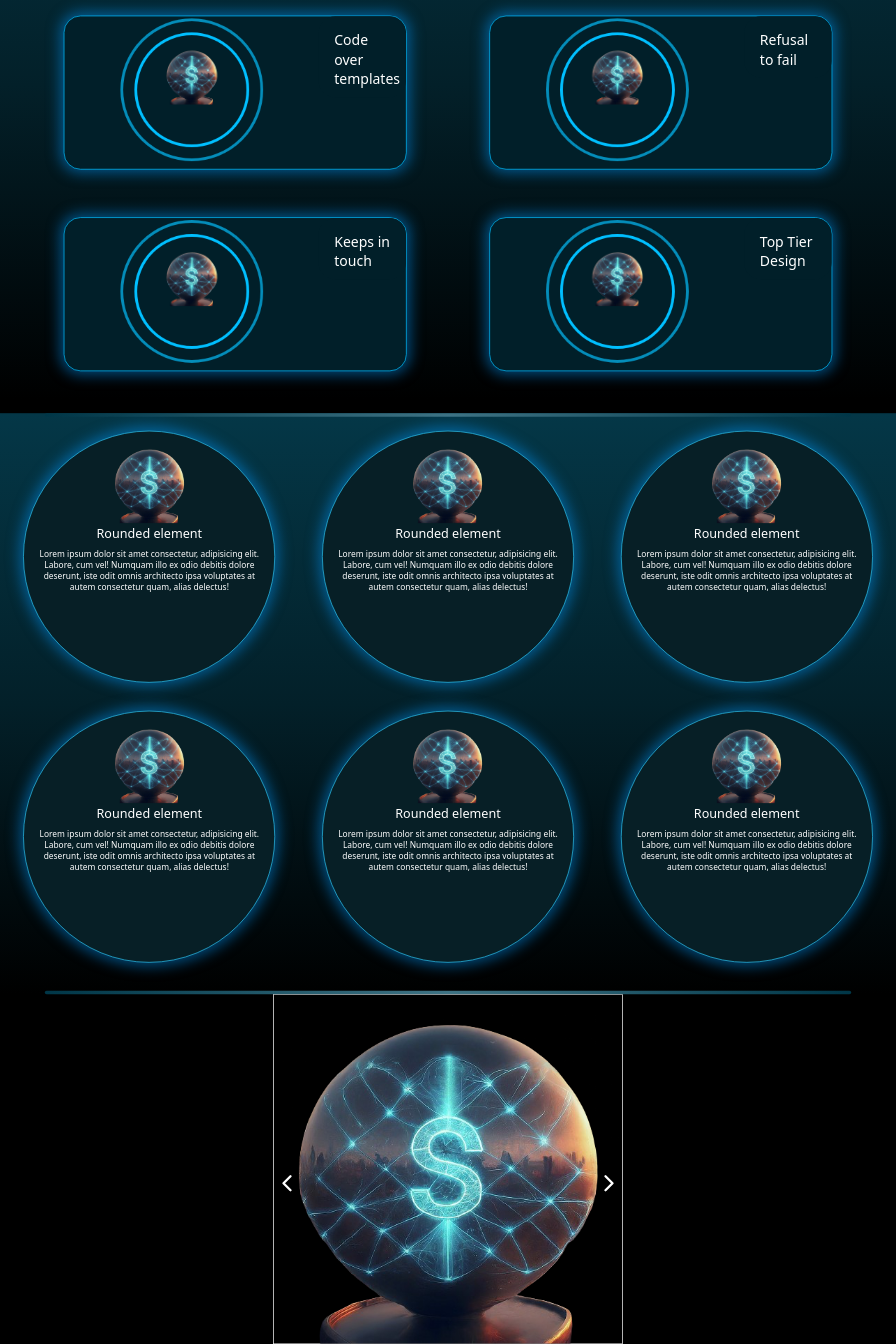
Repository: TMuse333/q3-desings2
Page: /
An editor plug-in stored every save of this project. The page is shown before and after the next save, followed by the edit.
The browser window is 1280 px wide. The pictures show the part of the page from y = 1046 to 2966 px (the page is 2966 px tall), at 70% of full size.
The project was rebuilt for these pictures with package versions that can differ from the ones it lists, and the page was loaded fresh each time. Also part of the build but not shown: vite.config.ts.

Above is the page before, as saved 2024-05-11 14:13:47.

### src/main.tsx
import React from 'react'
import ReactDOM from 'react-dom/client'
import App from './App.js'
import './index.css'
import {ContextProvider} from './context/context'

ReactDOM.createRoot(document.getElementById('root')!).render(
  <ContextProvider>
  <React.StrictMode>
    <App />
  </React.StrictMode>
  </ContextProvider>,
)

### src/App.tsx


import './App.css'

import Homepage from './components/homepage/homepage'

function App() {


  return (
    <>
<Homepage/>
    </>
  )
}

export default App

### src/index.css
@tailwind base;
@tailwind components;
@tailwind utilities;

#root{
    background-color: black;
    height:100vh;
}

body{
    background-color: black;
}

button{
    padding:0.5rem 2rem;
    background-color: black;
    color:white;
    border-radius: 1rem;
}

h1{
    color:white;
    font-size: 2rem;
}

p{
    color:white;
    /* font-size: 1.5rem; */
}

button{
    background-color: #00769e;
}

.glow {
    box-shadow: 0 0 20px 5px #3e7384;
    box-shadow: 0 0 20px 5px #003647;
box-shadow: 0 0 20px 5px rgba(2, 148, 245, 0.5);
}

.glow:hover{
    box-shadow: 0 0 40px 5px rgba(2, 148, 245, 0.5);
}

### src/context/context.tsx
import React, { createContext, useState, useContext, ReactNode, useEffect } from 'react';

// Define the type for the context value
interface GeneralContextType {
  textYPosition: number;
  setTextYPosition: React.Dispatch<React.SetStateAction<number>>;
  isMobile: boolean;
  setIsMobile: React.Dispatch<React.SetStateAction<boolean>>;
  setSecondCircleComplete:React.Dispatch<React.SetStateAction<boolean[]>>;
  secondCircleComplete: boolean[];
  isMobile2: boolean;
  setIsMobile2: React.Dispatch<React.SetStateAction<boolean>>;
  handleCircleComplete: (index: number, value: boolean) => void;
}

// Create the context
export const GeneralContext = createContext<GeneralContextType | undefined>(undefined);

// Create a provider component
export const ContextProvider: React.FC<{ children: ReactNode }> = ({ children }) => {
  // Initialize the value state
  const [textYPosition, setTextYPosition] = useState<number>(0);

  // Detect mobile devices
  const [isMobile, setIsMobile] = useState<boolean>(window.innerWidth <= 655);

  const [isMobile2, setIsMobile2] = useState<boolean>(window.innerWidth <= 655);

  const [secondCircleComplete, setSecondCircleComplete] = useState<boolean[]>(
    Array.from({ length: 7 }, () => false)
  );

  const handleCircleComplete = (index: number, value: boolean) => {
    setSecondCircleComplete((prev) => {
      const newState = [...prev]; // Create a copy of the previous state array
      newState[index] = value; // Update the value at the specified index
      return newState; // Return the new state array
    });
  };



  useEffect(() => {
    const handleScroll = () => {
      setIsMobile(window.innerWidth <= 655);
    };
    window.addEventListener('scroll', handleScroll);
    handleScroll();

    return () => {
      window.removeEventListener('scroll', handleScroll);
    };
  }, []);

  useEffect(() => {
    const handleScroll = () => {
      setIsMobile2(window.innerWidth <= 400);
    };
    window.addEventListener('scroll', handleScroll);
    handleScroll();

    return () => {
      window.removeEventListener('scroll', handleScroll);
    };
  }, []);

  useEffect(() => {
    console.log('is mobile', isMobile);
  }, [isMobile]);

  const contextValue = {
    textYPosition,
    setTextYPosition,
    isMobile,
    setIsMobile,
    secondCircleComplete,
    setSecondCircleComplete,
    isMobile2,
    setIsMobile2,
    handleCircleComplete
  };

  return <GeneralContext.Provider value={contextValue}>{children}</GeneralContext.Provider>;
};

export const useGeneralContext = (): GeneralContextType => {
  const context = useContext(GeneralContext);
  if (!context) {
    throw new Error('useGeneralContext must be used within a ContextProvider');
  }
  return context;
};

### src/App.css
#root {
  max-width: 1280px;
  margin: 0 auto;
  padding: 2rem;
  text-align: center;
}

.logo {
  height: 6em;
  padding: 1.5em;
  will-change: filter;
  transition: filter 300ms;
}
.logo:hover {
  filter: drop-shadow(0 0 2em #646cffaa);
}
.logo.react:hover {
  filter: drop-shadow(0 0 2em #61dafbaa);
}

.h1{
  color:red;
}

@keyframes logo-spin {
  from {
    transform: rotate(0deg);
  }
  to {
    transform: rotate(360deg);
  }
}

@media (prefers-reduced-motion: no-preference) {
  a:nth-of-type(2) .logo {
    animation: logo-spin infinite 20s linear;
  }
}

.card {
  padding: 2em;
}

.read-the-docs {
  color: #888;
}

### src/components/homepage/homepage.tsx
import React from "react";
import { CircleInfoGraphic } from "../circleInfographic/circleInfoGraphic";
import Content from "../content/content";
import q3 from '../../media/q3-visuals-logo-2.png'
import TextFormat from "../textFormat/textFormat";

// import { TextParallaxContentExample } from "../parallaxText/parallaxText";
import MultiLayerParallax from "../mountainParallax/mountainParallax";
import ParticlesComponent from "../particles/particles";
import nobgLaptop from '../../media/Gemini_Generated_Image_r055a1r055a1r055-removebg-preview.png'
import moneyBall from '../../media/futuristic-money-ball-removebg-preview.png'
import { description1 } from "../../data/data";
import AlternatingText from "../alternatingText/alternatingText";

import CircleList from "../circleListElement/circleList";
import Carousel from "../carousel/carousel";


const Homepage: React.FC = () => {

    const images = [
        moneyBall,
        nobgLaptop,
        q3
    ]


    // useEffect(() => {
    //     const loadTime = window.performance.timing.loadEventEnd - window.performance.timing.navigationStart;
    //     console.log('Page load time:', loadTime, 'milliseconds');
    // }, []);



    return (
        <section className="absolute top-0 left-0 w-screen">


            {/* <ParticlesComponent/> */}
            <MultiLayerParallax/>

            {/* <TextParallaxContentExample/> */}

            {/* <Content
            mainTitle='Your digital presence is important'
            image={nobgLaptop}
            customText={null}
            reverse={true}
            description={description1}
            floatingImage={true}
            hasAnimation={true}
            />

            <AlternatingText/>

            <Content
            mainTitle='Benefits of a website'
            image={moneyBall}
            customText={<TextFormat
            isAnimated={true}
            reverse={false}/>}
            reverse={false}
            description={null}
            floatingImage={true}
            hasAnimation={true}

            /> */}



<div className="relative bg-gradient-to-b from-[#043747] via-[#032029] to-transparent w-screen">
<CircleList/>
</div>

<div className="relative bg-gradient-to-b from-[#043747] via-[#032029] to-transparent w-screen">

<CircleInfoGraphic/>
</div>


<Carousel images={images}

/>




        </section>
    )
}


export default Homepage

### src/components/circleInfographic/circleInfoGraphic.tsx
import React, {useState,useRef } from "react";
import ball from '../../media/futuristic-money-ball-removebg-preview.png'
import { motion,Variants} from 'framer-motion'
import useIntersectionObserver from "../intersectionObserver/intersectionObserver";
interface CircleProps {
    image:string
}

const CircleElement: React.FC<CircleProps> = ({image}) => {

    const [inView, setInView] = useState<boolean>(false)

    const options = {
        root: null,
        rootMargin: '-25px',
        threshold: 1,
    };

    // Apply intersection observer hook to detect when the component is in view
    const componentRef = useIntersectionObserver(setInView, options);

    const circleVariants:Variants =  {
        initial:{
            opacity:0,
            y:-60
        },
        animate:{
            opacity:1,
            y:0
        }
    }

    return (
        <motion.section
        ref={componentRef}
        variants={circleVariants}
        initial='initial'
        animate={inView ? 'animate' : 'initial'}
         className={`mt-5 mb-5
        rounded-full bg-[#071f26] hover:bg-[#0e3a47]
        mr-auto ml-auto transition-all
        h-[95vw] w-[95vw] border border-[#2dc0eb]
        flex flex-col  shadow-xl max-w-[360px]
        max-h-[360px]
        sm:w-[48vw] sm:h-[48vw]
        lg:w-[32vw] lg:h-[32vw]
        ${inView ? 'glow' : ''}`}>

            <div className="mt-4">
            <img className="w-[35vw]
            max-w-[115px] max-h-[115px] h-[35vw]
            sm:w-[10vw] sm:h-[10vw] object-cover
            mr-auto ml-auto"
            src={image}
            />
            <h1 className="text-3xl sm:text-lm lg:text-lg ">Rounded element</h1>
            <p className=" ml-auto mr-auto text-sm sm:text-xs pr-5 pl-5 pt-2">Lorem ipsum dolor sit amet consectetur, adipisicing elit. Labore, cum vel! Numquam illo ex odio debitis dolore deserunt, iste odit omnis architecto ipsa voluptates at autem consectetur quam, alias delectus!</p>
            </div>
        </motion.section>
    )
}


export const CircleInfoGraphic = () => {

    return (
        <>
          <div className="mt-5
        w-[90vw] h-[5px]
         bg-gradient-to-r from-[#003647] via-[#3e7384] to-[#003647]
        ml-auto mr-auto rounded-[200rem]
        ">

       </div>
        <section className={`flex
         justify-center flex-col items-center
          sm:grid sm:grid-cols-2 lg:grid-cols-3
           gap-4 lg:gap-0 w-screen max-w-[1500px]  ml-auto mr-auto
          `}>
            <CircleElement
            image={ball}/>
             <CircleElement
            image={ball}/>
                  <CircleElement
            image={ball}/>
             <CircleElement
            image={ball}/>
             <CircleElement
            image={ball}/>
                  <CircleElement
            image={ball}/>
        </section>
        <div className="mt-5
        w-[90vw] h-[5px]
         bg-gradient-to-r from-[#003647] via-[#3e7384] to-[#003647]
        ml-auto mr-auto rounded-[200rem]">

       </div>
       </>
    )
}

### src/components/mountainParallax/mountainParallax.tsx
import  { useRef } from "react";
import bottom from '../../media/bottom-mountain.png'

import full from '../../media/no-bg-mountain.png'
import q3 from '../../media/q3-words.png'
import { motion, useScroll, useTransform } from 'framer-motion'

export default function MultiLayerParallax() {
    const ref = useRef(null);
    const { scrollYProgress } = useScroll({
      target: ref,
      offset: ["start start", "end start"],
    });
    const backgroundY = useTransform(scrollYProgress, [0, 1], ["0%", "100%"]);
    const textY = useTransform(scrollYProgress, [0, 1], ["-20%", "200%"]);

    return (
      <div
        ref={ref}
        className="w-full h-screen overflow-hidden relative grid place-items-center"
      >
       {/* <motion.div className="z-10 relative"
         style={{ y: textY }}> */}
        <motion.img
style={{
    y:textY
}}
        src={q3}
          className="relative z-10 b"
        />
        {/* <motion.h1 className="relative z-10"
        style={{
            y:textY
        }}>
            slatry
        </motion.h1> */}


        <motion.p style={{
             y:textY
        }}
         className="text-white text-2xl relative z-10  mt-[-30rem] sm:-mt-[40rem]">Elevating Brands with discipline and creativity
         </motion.p>
         {/* </motion.div> */}


        <motion.div
          className="absolute inset-0 z-0"
          style={{
            backgroundImage: `url(${full})`,
            backgroundPosition: "bottom",
            backgroundSize: "cover",
            y: backgroundY,
          }}
        />
        <div
          className="absolute inset-0 z-20"
          style={{
            backgroundImage: `url(${bottom})`,
            backgroundPosition: "bottom",
            backgroundSize: "cover",
          }}
        />
      </div>
    );
  }

### src/components/circleListElement/circleList.tsx
import React, {useState} from "react";
import AppearingCircle from "../circleContent/appearingCircle";
import ball from '../../media/futuristic-money-ball-removebg-preview.png'
import {motion, Variants} from 'framer-motion'
import { useGeneralContext } from "../../context/context";
import laptop from '../../media/Gemini_Generated_Image_r055a1r055a1r055-removebg-preview.png'
import useIntersectionObserver from "../intersectionObserver/intersectionObserver";

interface CircleProps {
    image:string,
    title: string,
    description:string

    index:number
secondCircleComplete: boolean,
handleCircleComplete: (index: number, value: boolean) => void;
}

const CircleListElement: React.FC<CircleProps> = ({image,title, description,
    handleCircleComplete,secondCircleComplete,index
}) => {

    const [descriptionClicked, setDescriptionClicked] = useState<boolean>(false)

    function handleDescriptionClick() {
        setDescriptionClicked(!descriptionClicked)
    }





    const { isMobile }  = useGeneralContext()

    const headerVariants: Variants = {
        initial:{
            opacity:0,
            y: isMobile ? -20 : 0,
        },
        animate:{
            opacity:1,
            y:0,
            transition:{
                delay: 0.3
            }
        }

    }




    return (
        <div className=" relative flex glow justify-center  md:h-[220px]
        h-[220px] sm:h-[auto]
        md:flex-row w-[calc(100vw-5px)]  md:w-[40vw] sm2:w-[40vw] items-center sm:items-start mb-10 md:mt-3 bg-[#011f29]
        rounded-3xl max-w-[490px] ml-auto mr-auto border border-q-blue">
<AppearingCircle
secondCircleComplete={secondCircleComplete}
handleCircleComplete={handleCircleComplete}
image={image}
index={index}


/>
<section className="relative text-left pr-0 flex flex-col bg-[#011f29] rounded-3xl
h-auto min-h-0 max-h-full   items-center z-1">
<motion.h1
onClick={handleDescriptionClick}
variants={headerVariants}
initial={'initial'}
animate={secondCircleComplete ? 'animate' : 'initial'}
 className="text-white text-xl w-[80px]  ml-auto mr-auto mt-5
 "
>{title}
 </motion.h1>

<p className={`rounded-lg text-left mt-3 pl-3 pr-3 bg-blue-600 transition-height ease-in duration-300 bg-blue-800 ${descriptionClicked ? ' h-[220px] w-[125px] overflow-scroll pt-5 border-2 border-rose-500' : 'h-0 w-[125px]  overflow-hidden pt-0'}`}>
  {description}
</p>
</section>

        </div>
    )
}



const CircleList: React.FC = () => {

    const {secondCircleComplete, handleCircleComplete}
    = useGeneralContext()

    return (
        <>
        <h1>We get it done</h1>
 <section className="relative
         sm2:grid sm2:grid-cols-2 gap-4 max-w-[1200px] ml-auto
         mr-auto justify-center items-center
">
            {/* <div className="-translate-x-5"> */}
            <CircleListElement
            handleCircleComplete={handleCircleComplete}
            secondCircleComplete={secondCircleComplete[0]}
        index={0}
            image={ball}
            title='Absolute Tenacity'
            description='Be a man of your word'
            />
            {/* </div> */}
            <CircleListElement
            secondCircleComplete={secondCircleComplete[1]}
            handleCircleComplete={handleCircleComplete}
            index={1}
            image={laptop}

            title='Extreme Discipline'
            description='Gym. Code. Quantum Realm. Repeat'
            />

            <CircleListElement
            secondCircleComplete={secondCircleComplete[2]}
            handleCircleComplete={handleCircleComplete}
            index={2}
            image={ball}
            title='Code over templates'
            description='We are not template using pussies we write banging code'
            />

            <CircleListElement
            secondCircleComplete={secondCircleComplete[3]}
            handleCircleComplete={handleCircleComplete}
            index={3}
            image={ball}
            title='Refusal to fail'
            description='Gym. Code. Quantum Realm. Repeat'
            />

<CircleListElement
secondCircleComplete={secondCircleComplete[4]}
handleCircleComplete={handleCircleComplete}
index={4}
            image={ball}
            title='Keeps in touch'
            description='We are not template using pussies we write banging code'
            />

            <CircleListElement
            secondCircleComplete={secondCircleComplete[5]}
            handleCircleComplete={handleCircleComplete}
            index={5}
            image={ball}
            title='Top Tier Design'
            description='Gym. Code. Quantum Realm. Repeat'
            />



        </section>
        </>
    )
}

export default CircleList

### src/components/carousel/carousel.tsx
import React, {useState} from 'react'
import { ChevronLeft, ChevronRight } from "react-feather";

interface CarouselProps {
    images:string[]
}


const Carousel:React.FC<CarouselProps> = ({images}) =>{

    const [imageIndex, setImageIndex] = useState<number>(0)

    const handleNext = () => {
        setImageIndex((prevIndex) => (prevIndex + 1) % images.length);
      };

      const handlePrev = () => {
        setImageIndex((prevIndex) => (prevIndex - 1 + images.length) % images.length);
      };

    return (
        <>

        <div className='w-screen  z-3
flex
justify-center items-center'>


        <section className='overflow-hidden relative w-[500px]   '>

            <div className='flex   relative '
             >
                {images.map((image,index) => (
                    <img src={image}
                    key={index}
                    className='transition-transform
                    h-[500px]
                    border border-white
                    '
                    style={{
                        transform:`translateX(-${imageIndex * 100}%)`
                    }}

                    />
                ))}
                    <div className=' w-[100%]
                    flex flex-row justify-between
                    top-[50%]'>



                <button className='bg-transparent absolute
                left-[0%] top-[50%] p-0'>
                    <ChevronLeft
                    onClick={handlePrev}
                    size={40}/>
                </button>

                <button className='bg-transparent absolute
                right-[0%] top-[50%] p-0'>
                 <ChevronRight
                 onClick={handleNext}
                 size={40}/>
                </button>
            </div>
            </div>
        </section>
        </div>
            </>

    )
}

export default Carousel

### src/components/intersectionObserver/intersectionObserver.tsx
import { useEffect, useRef, Dispatch, SetStateAction } from "react";

interface IntersectionObserverOptions {
  root: Element | null;
  rootMargin?: string;
  threshold?: number | number[];
}

const useIntersectionObserver = (
  setInView: Dispatch<SetStateAction<boolean>>,
  options: IntersectionObserverOptions
) => {
  const componentRef = useRef<HTMLDivElement>(null);

  useEffect(() => {
    const observer = new IntersectionObserver(([entry]) => {
      // Update the state based on whether the component is in view
      if (entry.isIntersecting) {
        setInView(true);
        observer.disconnect();
      }
    }, options);

    if (componentRef.current) {
      observer.observe(componentRef.current);
    }

    return () => {
      if (componentRef.current) {
        observer.unobserve(componentRef.current);
      }
    };
  }, [setInView, options]);

  return componentRef;
};

export default useIntersectionObserver;

Loaded but not shown: index.html (common file); tailwind.config.js (21 lines, source omitted); src/components/circleContent/appearingCircle.tsx (297 lines, source omitted)

After the next save:
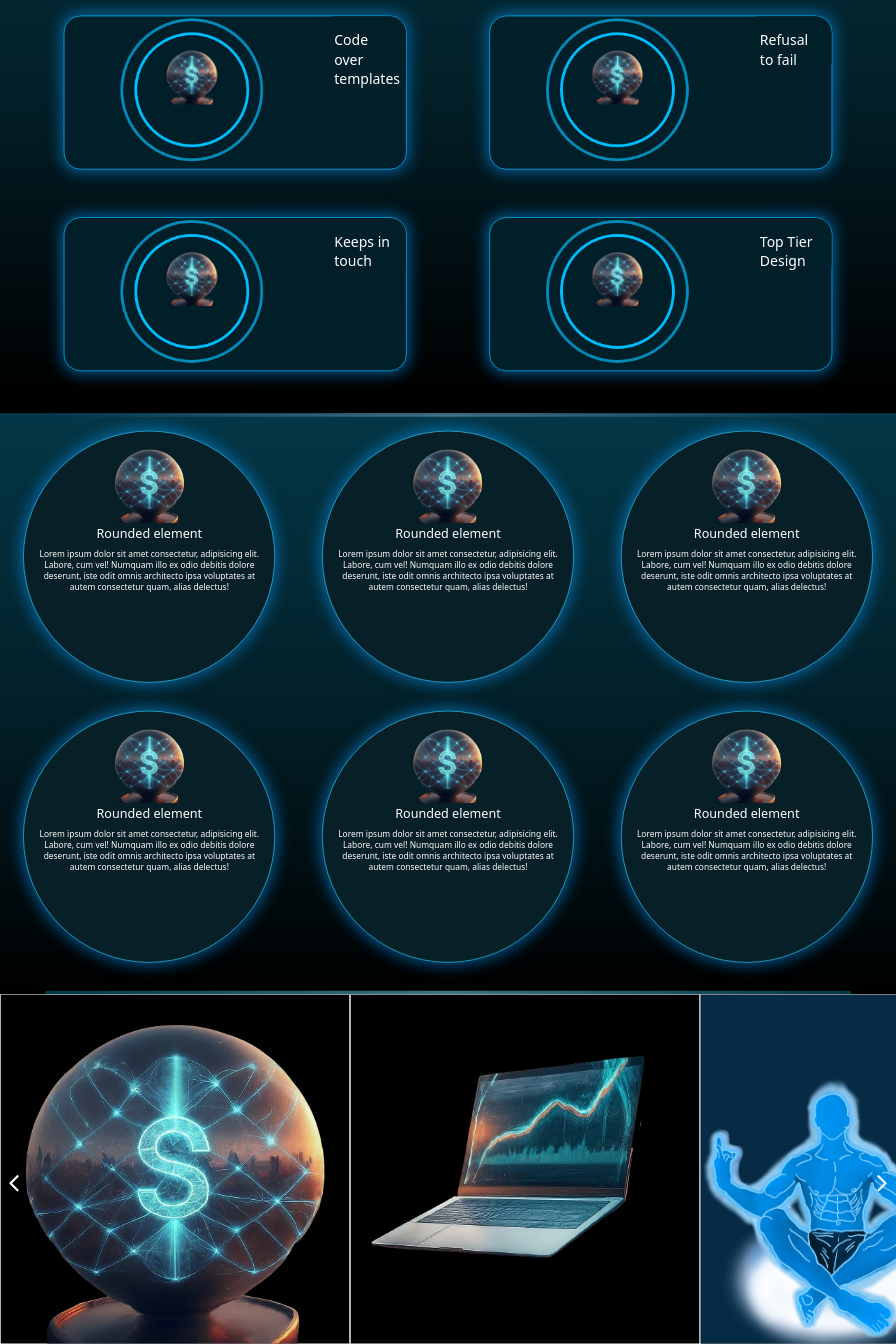
Saved 7 s later.
--- a/src/components/carousel/carousel.tsx
+++ b/src/components/carousel/carousel.tsx
@@ -26,7 +26,7 @@ flex
 justify-center items-center'>
 
 
-        <section className='overflow-hidden relative w-[500px]   '>
+        <section className='overflow-hidden relative    '>
 
             <div className='flex   relative '
              >
